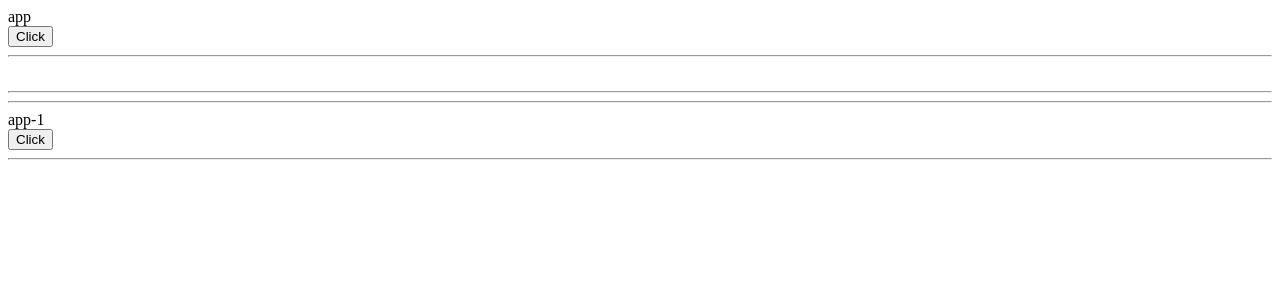
Repository: RyuGeunHwan/code_J
Page: Vuejs/22-08-10 vuejs Vue컴포넌트.html
An editor plug-in stored every save of this project. The page is shown before and after the next save, followed by the edit.
The browser window is 1280 px wide. The pictures show the whole page.

Above is the page before, as saved 2022-08-10 13:32:58.

### Vuejs/22-08-10 vuejs Vue컴포넌트.html
<!DOCTYPE html>
<html lang="en">
<head>
    <meta charset="UTF-8">
    <meta http-equiv="X-UA-Compatible" content="IE=edge">
    <meta name="viewport" content="width=device-width, initial-scale=1.0">
    <title>Vue 컴포넌트(중복제거)</title>
    <script src="https://cdn.jsdelivr.net/npm/vue/dist/vue.js"></script>
</head>
<body>
    <div id="app">
        {{name}} <br>
        <!-- button을 누르게 되면 #app-1의 name인 app-1이 app updated로 바뀌게된다. Vue인스턴스를 변수에 넣어서 사용하였기 때문에. -->
        <button @click="changeText">Click</button>

        <hr>

        <kossie-button></kossie-button>
    </div>
    <hr><hr>
    <div id="app-1">
        {{name}} <br>
        <button @click="changeText">Click</button>

        <hr>

        <kossie-button></kossie-button>
    </div>
    </div>
    <script>
        //vue인스턴스가 생성되기전에 Vue.component생성
        // 완성된 component는 전역으로 등록이 된것이다.
        Vue.component('kossie-button',{
            //template안에는 html태그가 들어가게된다.
            template: `
            {{name}} <br>
            <button @click="changeText">Click</button>
            `,
            //컴포넌트 만들때 함수를 만들어서 Object를 return 해주면 된다.
            data(){
                return{
                    name: 'app'
                }
            },
            methods:{
                changeText(){
                    this.name = 'app updated'
               }
            }
        });
        const app = new Vue({
            el: '#app',
            data:{
              name: 'app'
            },
            methods:{
                changeText(){
                    this.name = 'app updated'
               }
            }
        })

       const app1 = new Vue({
            el: '#app-1',
            data:{
              name: 'app-1'
            },
            methods:{
               changeText(){
                    this.name = 'app-1 updated'
               }
            }
        })
    </script>
</body>
</html>

After the next save:
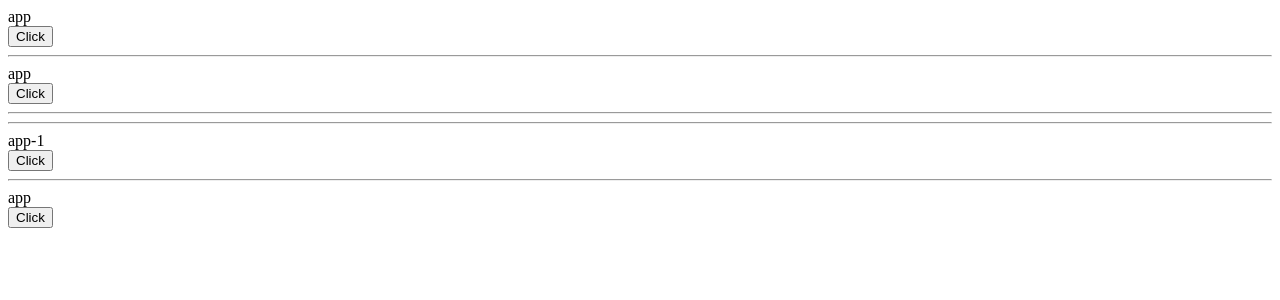
Saved 98 s later.
--- a/Vuejs/22-08-10 vuejs Vue컴포넌트.html
+++ b/Vuejs/22-08-10 vuejs Vue컴포넌트.html
@@ -32,10 +32,15 @@
         // 완성된 component는 전역으로 등록이 된것이다.
         Vue.component('kossie-button',{
             //template안에는 html태그가 들어가게된다.
-            template: `
-            {{name}} <br>
-            <button @click="changeText">Click</button>
+            template:
+            //template는 하나의 태그안에 모든게 있어야한다는 vue의 규칙이 있다.
+            `
+            <div>
+                {{name}} <br>
+                <button @click="changeText">Click</button>
+            </div>
             `,
+
             //컴포넌트 만들때 함수를 만들어서 Object를 return 해주면 된다.
             data(){
                 return{
